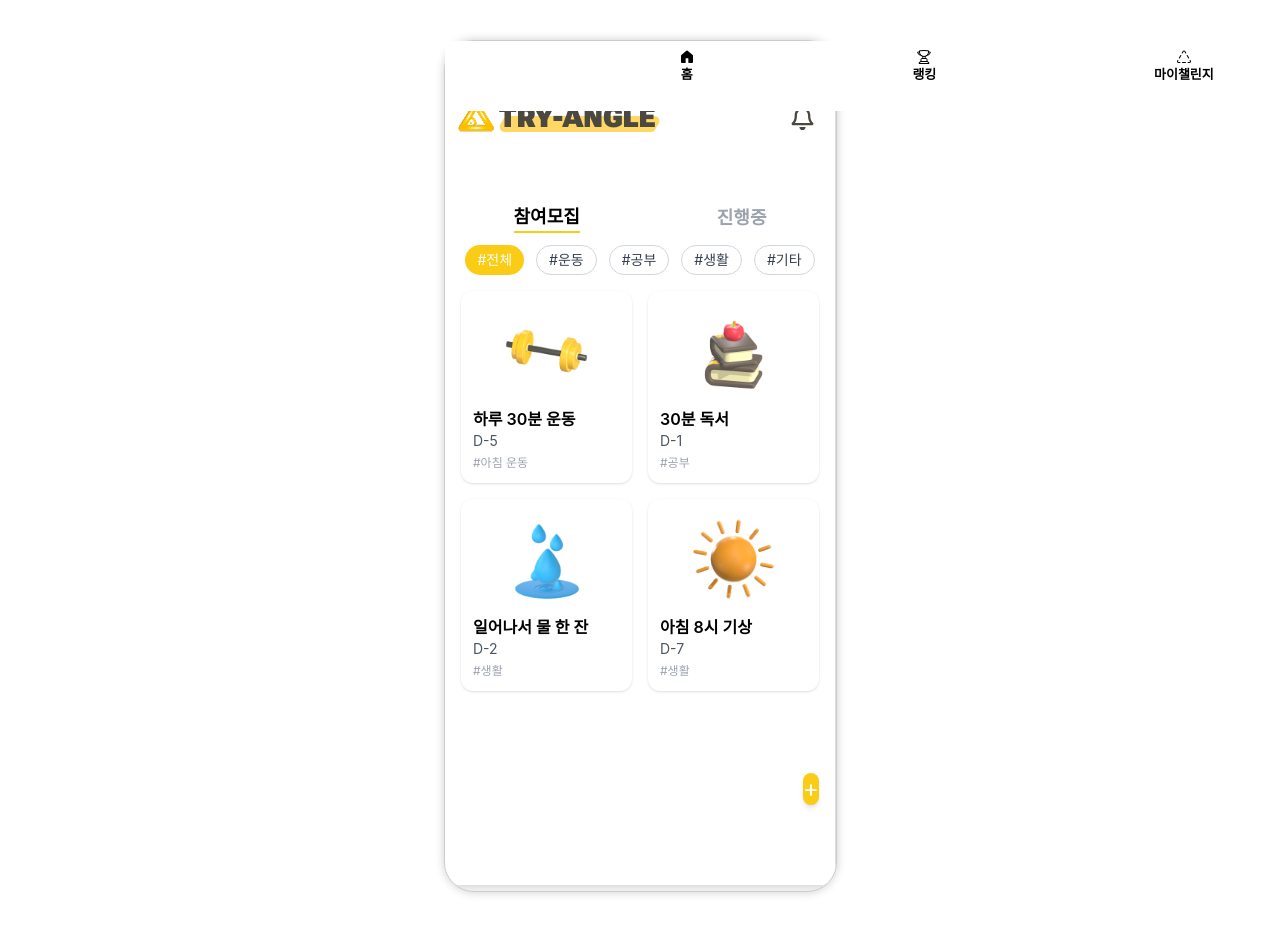
Repository: gusdk19/TryAngle-FE
Page: /
The author's editor kept a copy of each file at every save. The page is drawn from the files as they stood at one save, then again after the next save.
The browser window is 1280 px wide. The pictures show the whole page.
The project was rebuilt for these pictures with package versions that can differ from the ones it lists, and the page was loaded fresh each time. Also part of the build but not shown: src/App.css.

Above is the page before, as saved 2025-04-30 15:32:35.

### src/index.js
import React from 'react';
import ReactDOM from 'react-dom/client';
import "./styles/index.css";
import App from './App';
import reportWebVitals from './reportWebVitals';

const root = ReactDOM.createRoot(document.getElementById('root'));
root.render(
  <React.StrictMode>
    {/* <App /> */}
    <div className='iphone-frame'>
      <App/>
    </div>
  </React.StrictMode>
);

// If you want to start measuring performance in your app, pass a function
// to log results (for example: reportWebVitals(console.log))
// or send to an analytics endpoint. Learn more: https://bit.ly/CRA-vitals
reportWebVitals();

### src/styles/index.css
@tailwind base;
@tailwind components;
@tailwind utilities;

body {
  margin: 0;
  font-family: -apple-system, BlinkMacSystemFont, 'Segoe UI', 'Roboto', 'Oxygen',
    'Ubuntu', 'Cantarell', 'Fira Sans', 'Droid Sans', 'Helvetica Neue',
    sans-serif;
  -webkit-font-smoothing: antialiased;
  -moz-osx-font-smoothing: grayscale;
}

code {
  font-family: source-code-pro, Menlo, Monaco, Consolas, 'Courier New',
    monospace;
}

.iphone-frame {
  position: relative;
  width: 393px;
  height: 852px;
  border: 1px solid #ccc;
  margin: 40px auto;
  box-shadow: 0 0 10px rgba(0,0,0,0.2);
  overflow: auto;
  border-radius: 30px;
  background: white;
  padding: 0px 0px;

  -ms-overflow-style:none; /* IE and Edge */
  scrollbar-width:none; /* Firefox */
}

.iphone-frame::-webkit-scrollbar {
	display:none /* Chrome , Safari , Opera */
}

### src/App.js
import { BrowserRouter, Routes, Route } from 'react-router-dom';
import './App.css';

import Home from './pages/Home';
//import Alarm from './pages/Alarm';
//import ChallengeAdd from './pages/ChallengeAdd';

function App() {
  return (
    <BrowserRouter>
      <Routes>
        <Route path="/" element={<Home />} />
        {/*<Route path="/alarm" element={<Alarm />} /> */}
        { /*<Route path="/challenge/add" element={<ChallengeAdd />} />*/}
      </Routes>
    </BrowserRouter>
  );
}

export default App;

### src/pages/Home.js
import React, { useState } from 'react';
import Header from '../components/Header';
import Footer from '../components/Footer';
import dumbell from '../assets/images/finace/dumbell.png';
import books from '../assets/images/finace/books.png';
import water from '../assets/images/finace/water.png';
import sun from '../assets/images/finace/Sun.png';

const Home = () => {
  const [activeTab, setActiveTab] = useState('participating');
  const [activeCategory, setActiveCategory] = useState('전체');

  const categories = ['전체', '운동', '공부', '생활', '기타'];

  const challenges = [
    { id: 1, title: '하루 30분 운동', dday: 5, tag: '#아침 운동', image: dumbell },
    { id: 2, title: '30분 독서', dday: 1, tag: '#공부', image: books },
    { id: 3, title: '일어나서 물 한 잔', dday: 2, tag: '#생활', image: water },
    { id: 4, title: '아침 8시 기상', dday: 7, tag: '#생활', image: sun },
  ];

  const filteredChallenges =
    activeCategory === '전체'
      ? challenges
      : challenges.filter((c) => c.tag.includes(activeCategory));

  return (
    <div className="flex justify-center items-center min-h-screen bg-gray-200">
      {/* 모바일 프레임 */}
      <div className="relative w-[390px] h-[844px] bg-white overflow-hidden rounded-xl shadow-lg flex flex-col">
        <Header />

        {/* 탭 영역 */}
        <div className="flex justify-around mt-4">
          <button
            className={`text-lg font-semibold ${
              activeTab === 'participating'
                ? 'border-b-2 border-yellow-400 text-black'
                : 'text-gray-400'
            }`}
            onClick={() => setActiveTab('participating')}
          >
            참여모집
          </button>
          <button
            className={`text-lg font-semibold ${
              activeTab === 'ongoing'
                ? 'border-b-2 border-yellow-400 text-black'
                : 'text-gray-400'
            }`}
            onClick={() => setActiveTab('ongoing')}
          >
            진행중
          </button>
        </div>

        {/* + 버튼 */}
        <button className="absolute bottom-20 right-4 bg-yellow-400 w-23 h-22 rounded-full text-white text-2xl shadow-md hover:bg-yellow-500 z-20">
          +
        </button>

        {/* 카테고리 */}
        <div className="flex justify-center gap-3 mt-3">
          {categories.map((category) => (
            <button
              key={category}
              className={`px-3 py-1 rounded-full text-sm ${
                activeCategory === category
                  ? 'bg-yellow-400 text-white'
                  : 'bg-white text-gray-700 border border-gray-300'
              }`}
              onClick={() => setActiveCategory(category)}
            >
              #{category}
            </button>
          ))}
        </div>

        {/* 챌린지 카드 */}
        <div className="flex-grow overflow-y-auto p-4 pb-[100px]">
          <div className="grid grid-cols-2 gap-4">
            {filteredChallenges.map((c) => (
              <div
                key={c.id}
                className="bg-white p-3 rounded-xl shadow hover:bg-yellow-200 transition"
              >
                <img
                  src={c.image}
                  alt={c.title}
                  className="w-full h-24 object-contain mb-2"
                />
                <p className="font-semibold">{c.title}</p>
                <p className="text-sm text-gray-600">D-{c.dday}</p>
                <p className="text-xs text-gray-400 mt-1">{c.tag}</p>
              </div>
            ))}
          </div>
        </div>

        <Footer page="home" />
      </div>
    </div>
  );
};

export default Home;

### src/components/Header.js
import React from "react";
import "../styles/Header.css";
import { FaRegBell } from "react-icons/fa";
import { useNavigate } from "react-router-dom";
import logo_name from "../assets/images/common/logo_name.png";

export default function Header() {
  const navigate = useNavigate();

  return (
    <div className="header flex flex-unwrap grow w-full pt-[4.5px]">
      {/* 로고 (왼쪽) */}
      <div className="logo-name my-auto flex-1 text-left align-middle cursor-pointer" onClick={() => navigate("/")}>
        <img src={logo_name} alt="try-angle_logo_name" />
      </div>

      {/* 알림 아이콘 (오른쪽) */}
      <div className="bell flex-none align-middle cursor-pointer">
        <FaRegBell
          className="bell-icon2 mt-[2px] text-[#4A483F]"
          onClick={() => navigate("/alarm")}
        />
      </div>
    </div>
  );
}

### src/components/Footer.js
import React from "react";
import "../styles/Header.css";
import { GoHome, GoHomeFill } from "react-icons/go";
import { HiTrophy, HiOutlineTrophy } from "react-icons/hi2";
import { PiUserCircleDashed, PiUserCircleDuotone, PiTriangleDashedFill, PiTriangleDashed } from "react-icons/pi";
import { useNavigate } from "react-router-dom";

export default function Footer({ page }) {
  const navigate = useNavigate();

  const navigationItems = [
    {
      icon: page === "home" ? <GoHomeFill className="icon" /> : <GoHome className="icon" />,
      label: "홈",
      route: "/",
    },
    {
      icon: page === "ranking" ? <HiTrophy className="icon" /> : <HiOutlineTrophy className="icon" />,
      label: "랭킹",
      route: "/rank",
    },
    {
      icon: page === "myChallenge" ? <PiTriangleDashedFill className="icon" /> : <PiTriangleDashed className="icon" />,
      label: "마이챌린지",
      route: "/mychallenge",
    },
    {
      icon: page === "myPage" ? <PiUserCircleDuotone className="icon" /> : <PiUserCircleDashed className="icon" />,
      label: "마이페이지",
      route: "/mypage",
    },
  ];

  return (
    <footer className="fixed w-full h-[70px] bg-white px-4 pt-2 z-10">
      <div className="flex justify-evenly items-start">
        {navigationItems.map((item, index) => (
          <div
            key={index}
            className="footer-item flex flex-col items-center cursor-pointer"
            onClick={() => navigate(item.route)}
          >
            {item.icon}
            <span className="text-[13px] font-bold text-black text-center leading-normal">
              {item.label}
            </span>
          </div>
        ))}
      </div>
    </footer>
  );
}

### src/styles/Header.css
.header{
    display: flex;
    flex-wrap: nowrap;
    justify-content: space-between;
    position: relative;
    width: 100%;
    height: 51px;
    text-align: center;
    vertical-align: middle;
}

.title{
    display: grid;
    place-items: center;
    flex-grow: 1;
    vertical-align: middle;
}

.logo-name{
    display: grid;
    place-items: start;
    flex-grow: 1;
    vertical-align: middle;
    margin-left: 13px;
}

.title-text{
    position: absolute;
    left:50%;
    transform: translateX(-50%);
    font-weight: bold;
    font-size: large;
}

.bell{
    display: grid;
    place-items: center;
    flex-shrink: 0;
    vertical-align: middle;
    margin-right:20px;

}

.bell-icon{
    width: 20px;
    height:20px;
}

.bell-icon2{
    width: 25px;
    height:25px;
}

.back{
    display: grid;
    place-items: center;
    flex-shrink: 0;
    vertical-align: middle;
    margin-left:20px;

}

.back-icon{
    width: 20px;
    height:20px;
}

### tailwind.config.js
/** @type {import('tailwindcss').Config} */
module.exports = {
    content: [
        "./src/**/*.{js,jsx,ts,tsx}",
    ],
    theme: {
      extend: {},
    },
    plugins: [],
  }

Loaded but not shown: public/index.html (common file); src/reportWebVitals.js (common file)

After the next save:
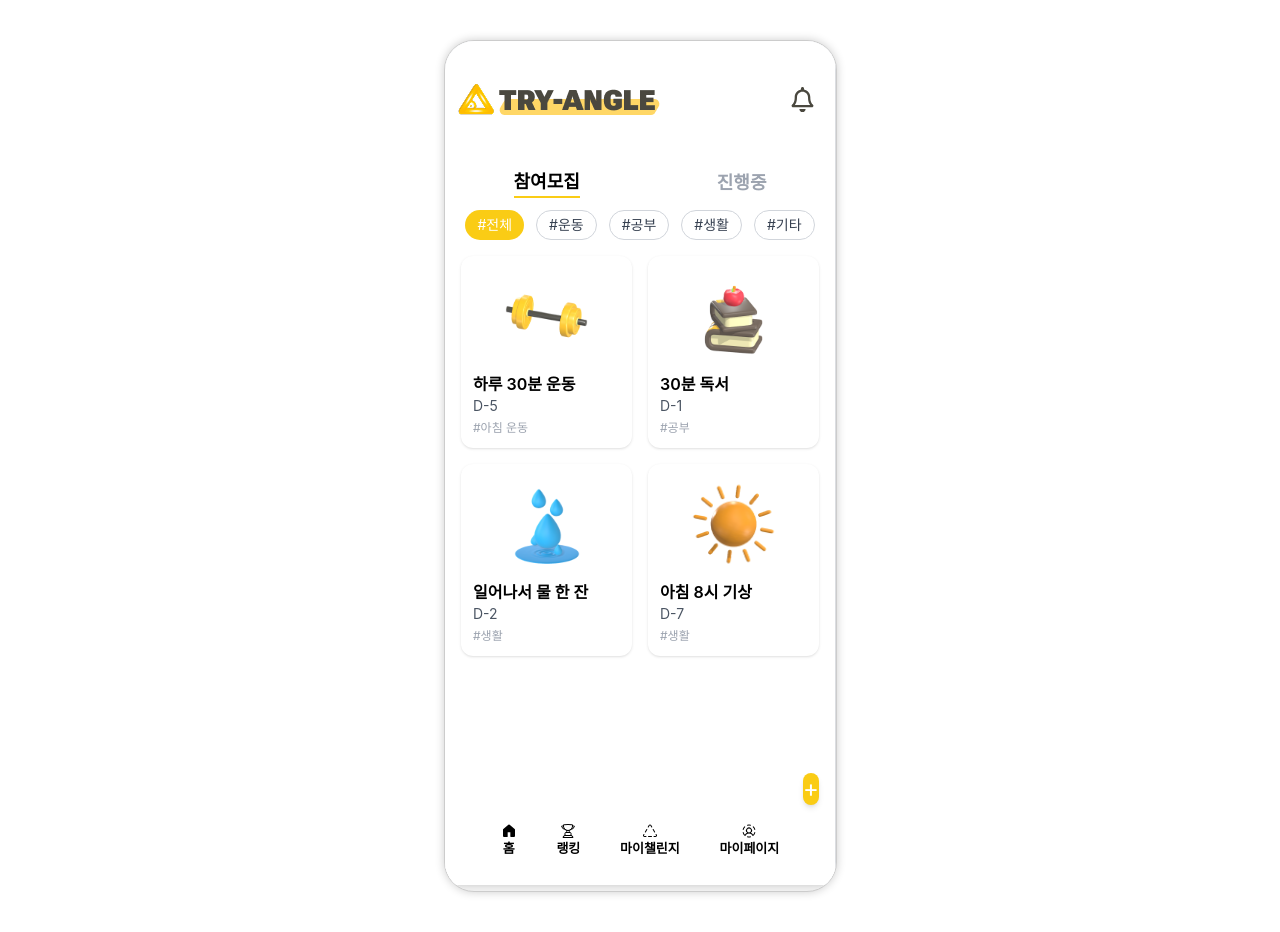
Saved 9 s later.
--- a/src/components/Footer.js
+++ b/src/components/Footer.js
@@ -32,7 +32,7 @@ export default function Footer({ page }) {
   ];
 
   return (
-    <footer className="fixed w-full h-[70px] bg-white px-4 pt-2 z-10">
+    <footer className="w-full h-[70px] bg-white px-4 pt-2 z-10">
       <div className="flex justify-evenly items-start">
         {navigationItems.map((item, index) => (
           <div
